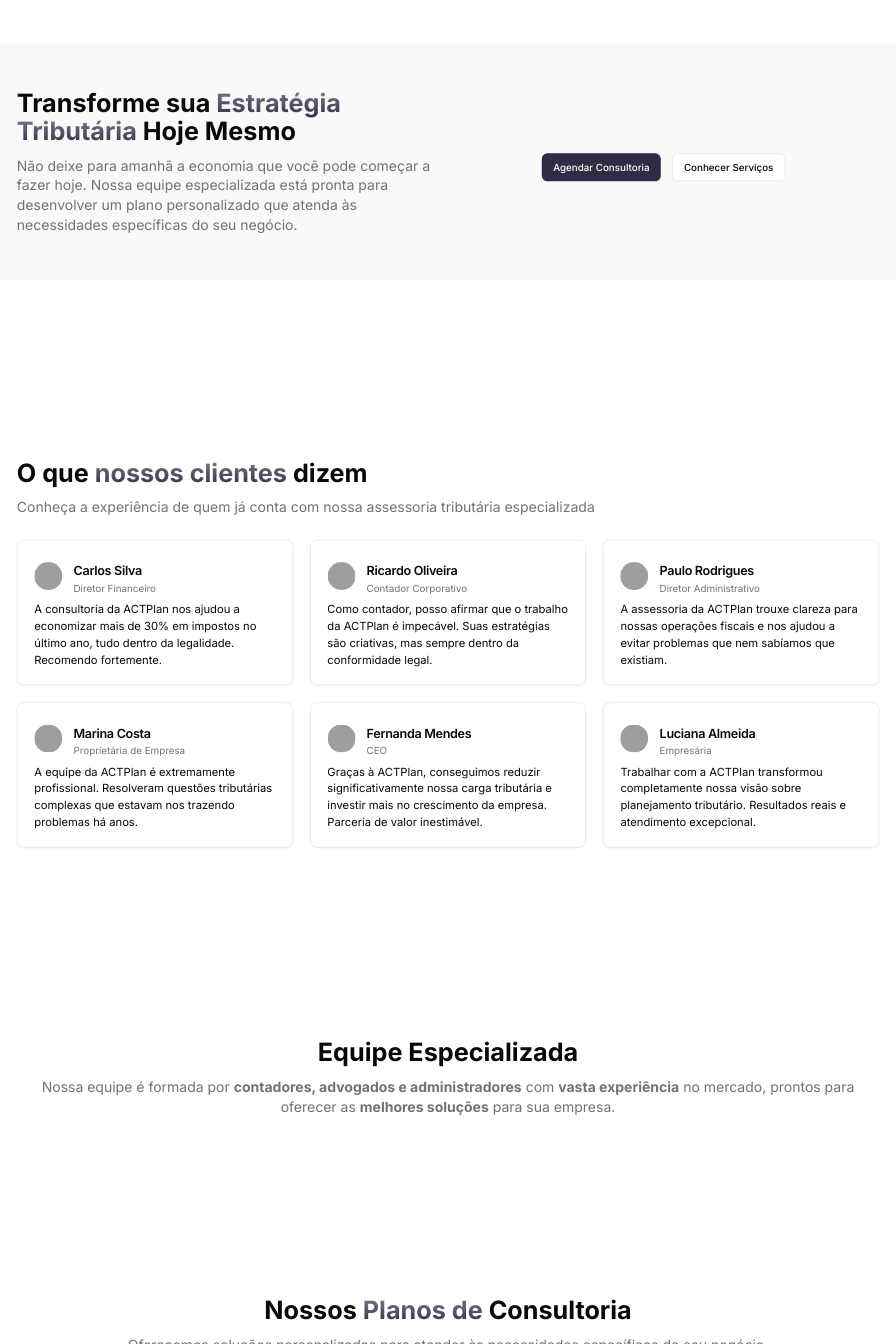
Repository: xoiurp/actplan-landing-page
Page: / (app in shadcn-landing-page-main/)
An editor plug-in stored every save of this project. The page is shown before and after the next save, followed by the edit.
The browser window is 1280 px wide. The pictures show the part of the page from y = 4580 to 6500 px (the page is 8602 px tall before and 8610 px after), at 70% of full size.
Pictures or frames that could not be fetched are drawn as grey boxes. The project was rebuilt for these pictures with package versions that can differ from the ones it lists, and the page was loaded fresh each time. Also part of the build but not shown: shadcn-landing-page-main/vite.config.ts.

Above is the page before, as saved 2025-06-24 17:32:37.

After the next save:
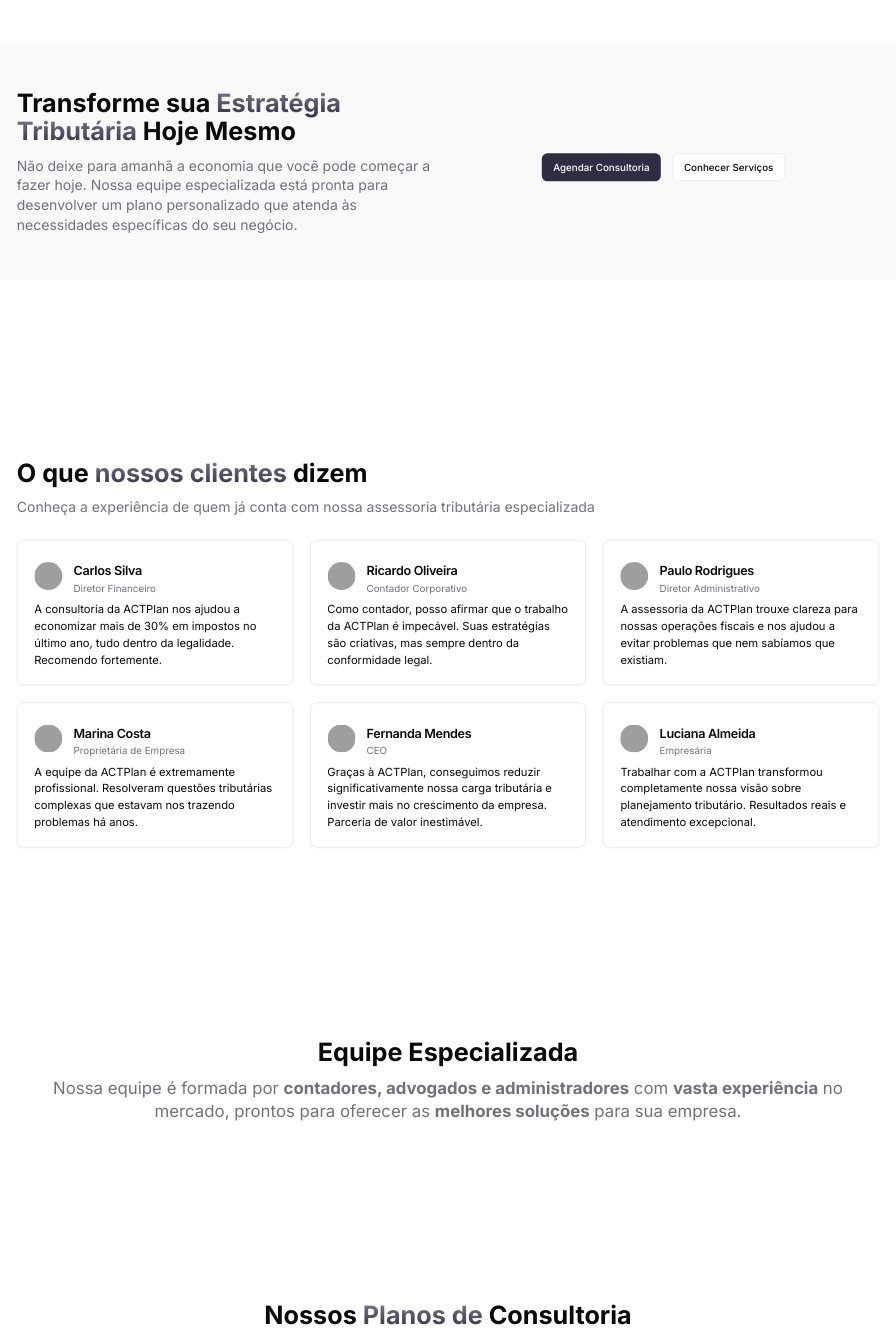
Saved 15 s later.
--- a/shadcn-landing-page-main/src/components/Team.tsx
+++ b/shadcn-landing-page-main/src/components/Team.tsx
@@ -8,7 +8,7 @@ export const Team = () => {
         Equipe Especializada
       </h2>
 
-      <h2 className="mt-4 text-xl text-muted-foreground text-center">
+      <h2 className="mt-4 text-2xl text-muted-foreground text-center">
         Nossa equipe é formada por <strong>contadores, advogados e administradores</strong> com <strong>vasta experiência</strong> no mercado, prontos para oferecer as <strong>melhores soluções</strong> para sua empresa.
       </h2>
     </section>
